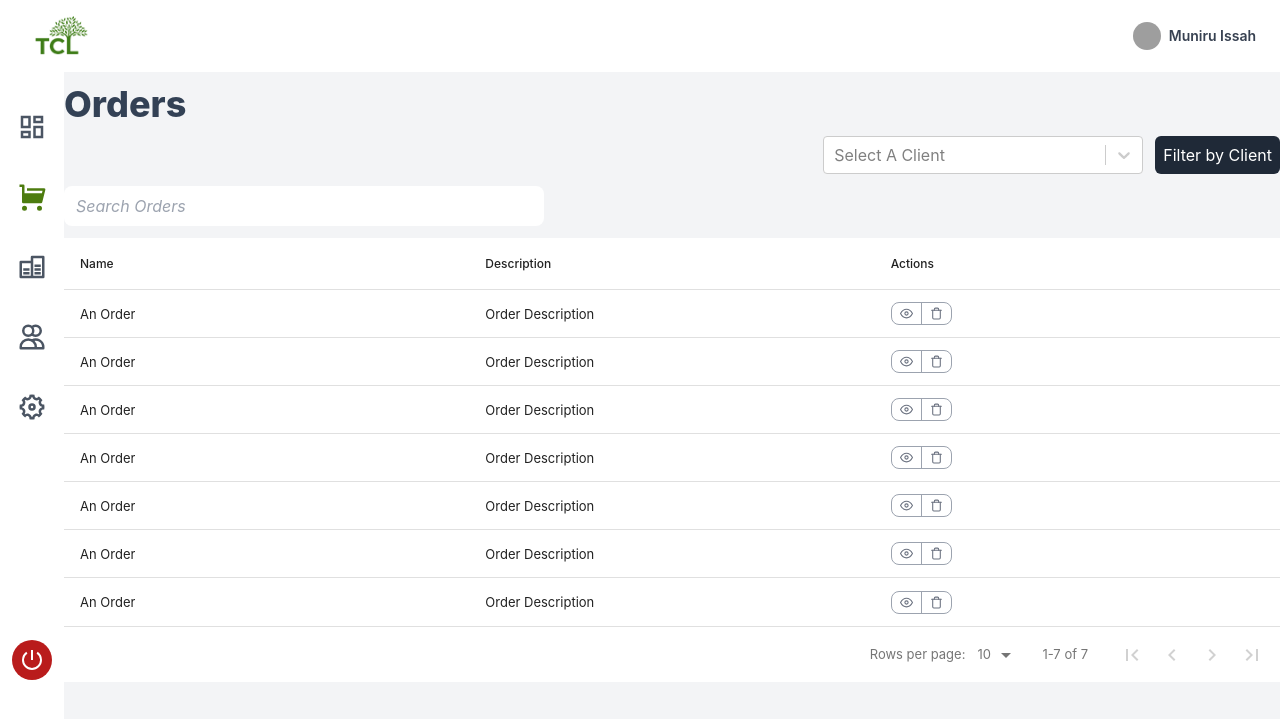
Repository: issah-gaisie/timber
Page: /dashboard/orders, after clicking the first element matching `button.rounded`
An editor plug-in stored every save of this project. The page is shown before and after the next save, followed by the edit.
The browser window is 1280 px wide. The pictures show the whole page.
Pictures or frames that could not be fetched are drawn as grey boxes. The project was rebuilt for these pictures with package versions that can differ from the ones it lists, and the page was loaded fresh each time. Also part of the build but not shown: src/App.css, src/components/Input.js, src/components/Login.js, src/components/Auth.js, src/components/ResetPassword/PasswordReset.js, src/components/ResetPassword/PasswordResetSent.js, src/components/Dashboard/sub-components/ProfilePopup.js, src/components/PrivateRoute.js and 47 more.

Above is the page before, as saved 2022-04-02 11:56:29.

After the next save:
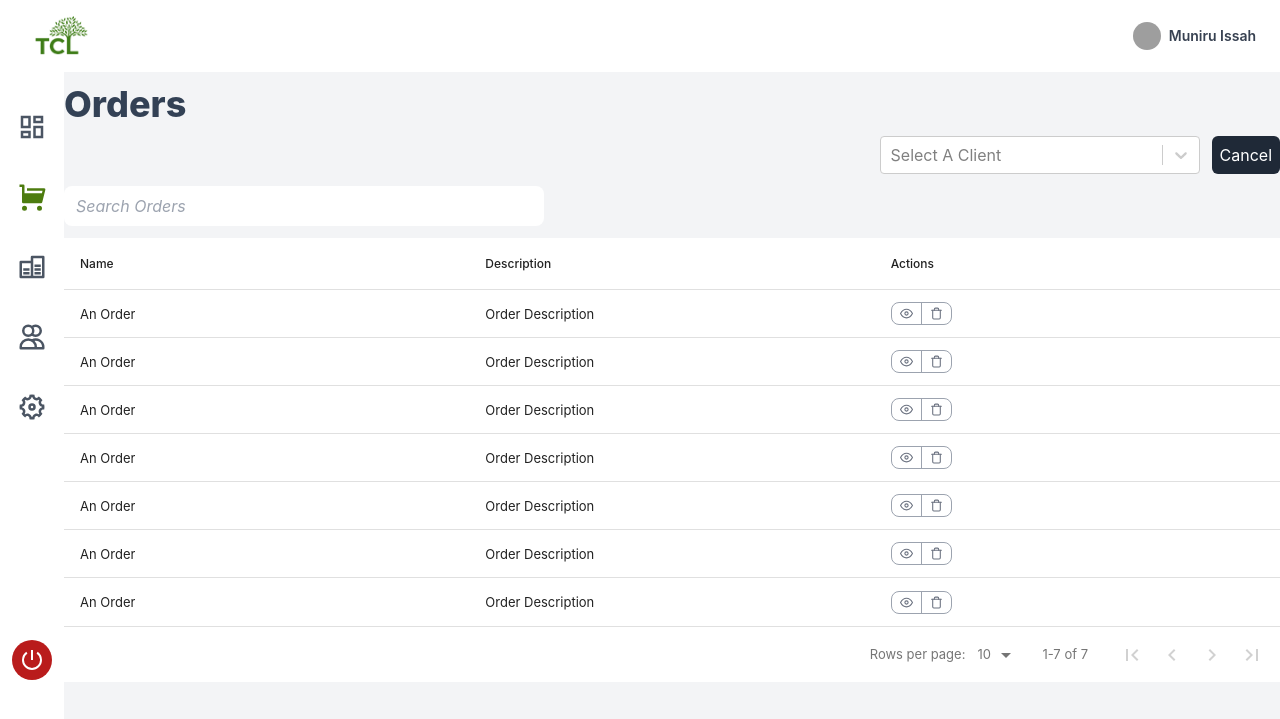
Saved 7 s later.
--- a/src/components/Dashboard/Orders/AllOrders.js
+++ b/src/components/Dashboard/Orders/AllOrders.js
@@ -83,7 +83,7 @@ const FilterByClient = ({ filter, changeHandler, toggleFilters,shouldFilter }) =
         className="rounded rounded-md bg-gray-800 text-white py-1 px-2"
         onClick={toggleFilters}
       >
-        Filter by Client
+        Cancel
       </button>
         :
         <button
